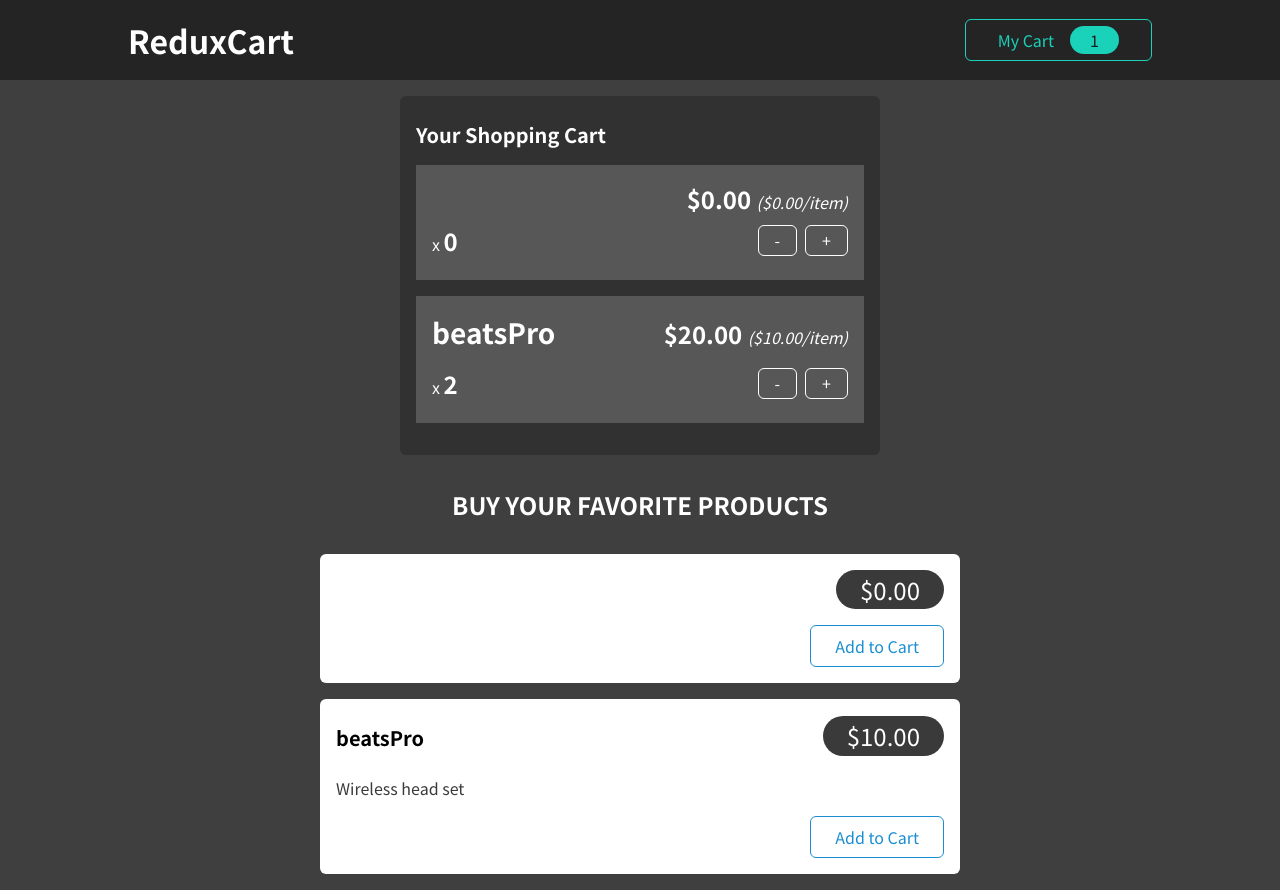
Repository: NamalPathirana/Redux-two-async
Page: /
An editor plug-in stored every save of this project. The page is shown before and after the next save, followed by the edit.
The browser window is 1280 px wide. The pictures show the whole page.
The project was rebuilt for these pictures with package versions that can differ from the ones it lists, and the page was loaded fresh each time.

Above is the page before, as saved 2022-04-13 15:12:26.

### src/index.js
import ReactDOM from 'react-dom/client';

import './index.css';
import App from './App';
import { Provider } from 'react-redux';
import store from './store/store';



const root = ReactDOM.createRoot(document.getElementById('root'));
root.render(<Provider store={store}><App /></Provider>);

### src/store/store.js
import { configureStore } from "@reduxjs/toolkit";
import cartSlice from "./cart"

const store = configureStore({
    reducer:{
        cart:cartSlice,
    },
});


export default store;

### src/components/Cart/Cart.js
import Card from "../UI/Card";
import classes from "./Cart.module.css";
import CartItem from "./CartItem";
import { useSelector } from "react-redux";

const Cart = (props) => {
  const cartItems = useSelector((state) => {
    return state.cart.items;
  });
  const totalQuantity = {};

  return (
    <Card className={classes.cart}>
      <h2>Your Shopping Cart</h2>
      <ul>
        {cartItems.map((item) => {
          return (
            <CartItem
              item={{ title: item.name, quantity: item.quantity, total: item.totalPrice, price: item.price}}
            />
          );
        })}
      </ul>
    </Card>
  );
};

export default Cart;

### src/store/cart.js
import { createSlice } from "@reduxjs/toolkit";

// itemsTemplate = {items: [
//     {
//       id: 0,
//       name: "",
//       description: "",
//       quantity: 0,
//       price: 0,
//       totalPrice: 0,
//     },
//   ],}

const initialCartState = {
  items: [
    {
      id: 0,
      name: "",
      description: "",
      quantity: 0,
      price: 0,
      totalPrice: 0,
    },
  ],
  totalAmount: 0.0,
};

const cartSlice = createSlice({
  name: "cart",
  initialState: initialCartState,
  reducers: {
    addItemToCart(state, actions) {
      if (actions.payload.item === null) return;

      const userEnteredItem = actions.payload.item;

      const existingItem = state.items.find(
        (item) => item.id === userEnteredItem.id
      );

      if (existingItem) {
        const itemQuantity = existingItem.reduce(
          (previousValue, currentItem) => {
            return previousValue + currentItem.quantity;
          },
          0
        );

        const newItem = { ...existingItem, quantity: itemQuantity };
        const newItemsList = {
          ...state.items.filter((obj) => obj.id !== newItem.id),
          existingItem,
        };

        state.items = newItemsList;
      } else {
        state.items.push({
          id: userEnteredItem.id,
          name: userEnteredItem.name,
          description: userEnteredItem.description,
          quantity: userEnteredItem.quantity,
          price: userEnteredItem.price,
          totalPrice: userEnteredItem.price * userEnteredItem.quantity,
        });
      }

      state.totalAmount = state.items.reduce((previousValue, currentItem) => {
        return previousValue + currentItem.totalPrice;
      }, 0);
    },
  },
});

export const cartActions = cartSlice.actions;

export default cartSlice.reducer;

### src/components/Cart/CartItem.js
import classes from './CartItem.module.css';

const CartItem = (props) => {
  const { title, quantity, total, price } = props.item;

  return (
    <li className={classes.item}>
      <header>
        <h3>{title}</h3>
        <div className={classes.price}>
          ${total.toFixed(2)}{' '}
          <span className={classes.itemprice}>(${price.toFixed(2)}/item)</span>
        </div>
      </header>
      <div className={classes.details}>
        <div className={classes.quantity}>
          x <span>{quantity}</span>
        </div>
        <div className={classes.actions}>
          <button>-</button>
          <button>+</button>
        </div>
      </div>
    </li>
  );
};

export default CartItem;

### src/components/Shop/ProductItem.js
import Card from "../UI/Card";
import classes from "./ProductItem.module.css";
import { cartActions } from "../../store/cart";
import { useDispatch, useSelector } from "react-redux";
import { useEffect } from "react";

const ProductItem = (props) => {
  // const { title, price, description } = props;

  const dispatch = useDispatch();

  useEffect(() => {
    dispatch(cartActions.addItemToCart({
      item: {
        id: 1,
        name: "beatsPro",
        description: "Wireless head set",
        quantity: 2,
        price: 10,
      },
    }));
  }, [dispatch]);

  const cartItems = useSelector((state) => state.cart.items);

  return (
    <li className={classes.item}>
      {cartItems.map((item) => {
        return (
          <Card>
            <header>
              <h3>{item.name}</h3>
              <div className={classes.price}>${item.price.toFixed(2)}</div>
            </header>
            <p>{item.description}</p>
            <div className={classes.actions}>
              <button>Add to Cart</button>
            </div>
          </Card>
        );
      })}
    </li>
  );
};

export default ProductItem;

### src/components/Cart/CartItem.module.css
.item {
  margin: 1rem 0;
  background-color: #575757;
  padding: 1rem;
}

.item h3 {
  margin: 0 0 0.5rem 0;
  font-size: 1.75rem;
}

.item header {
  display: flex;
  justify-content: space-between;
  align-items: baseline;
}

.details {
  display: flex;
  justify-content: space-between;
  align-items: center;
}

.quantity span {
  font-size: 1.5rem;
  font-weight: bold;
}

.price {
  font-size: 1.5rem;
  font-weight: bold;
}

.itemprice {
  font-weight: normal;
  font-size: 1rem;
  font-style: italic;
}

.actions {
  display: flex;
  justify-content: flex-end;
  margin: 0.5rem 0;
}

.actions button {
  background-color: transparent;
  border: 1px solid white;
  margin-left: 0.5rem;
  padding: 0.15rem 1rem;
  color: white;
}

.actions button:hover,
.actions button:active {
  background-color: #4b4b4b;
  color: white;
}

Loaded but not shown: public/index.html (common file); src/index.css (common file); src/App.js (common file); src/components/Layout/Layout.js (common file); src/components/Shop/Products.js (common file); src/components/UI/Card.js (common file); src/components/Cart/Cart.module.css (common file); src/components/Layout/MainHeader.js (common file); src/components/Shop/Products.module.css (common file); src/components/UI/Card.module.css (common file); src/components/Cart/CartButton.js (common file); src/components/Layout/MainHeader.module.css (common file); src/components/Shop/ProductItem.module.css (common file); src/components/Cart/CartButton.module.css (common file)

After the next save:
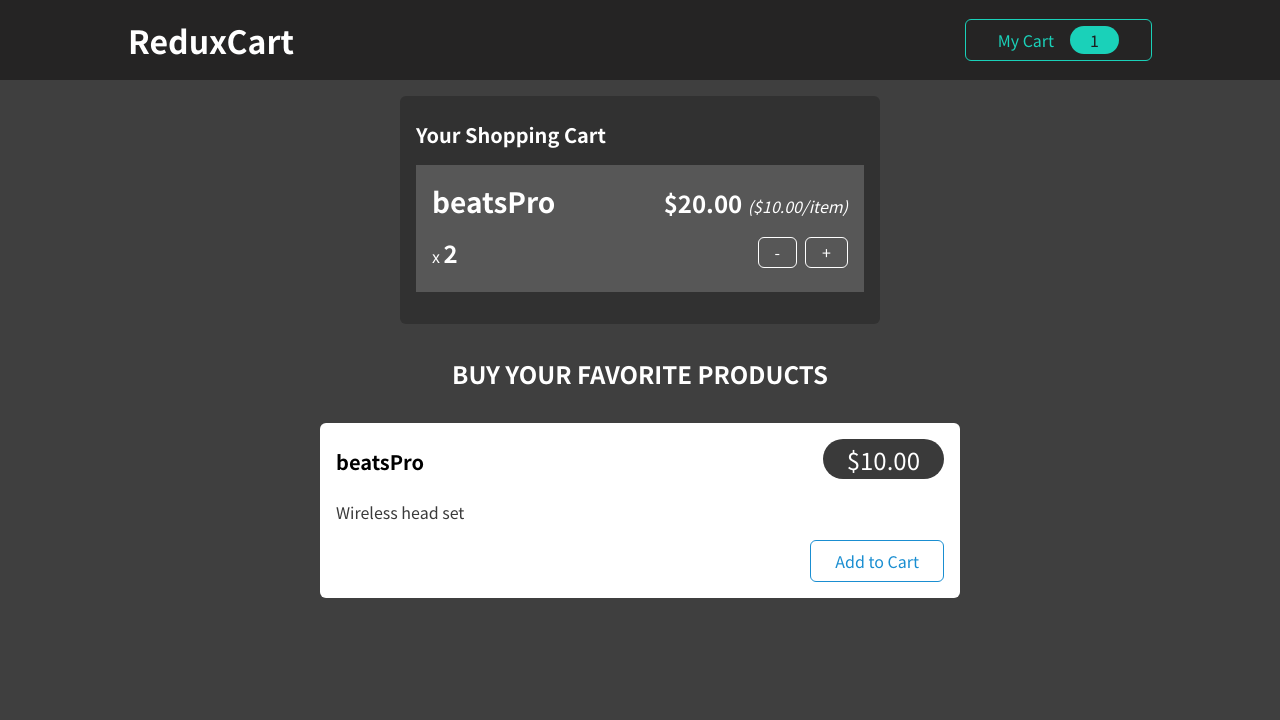
Saved 15 s later.
--- a/src/store/cart.js
+++ b/src/store/cart.js
@@ -13,14 +13,6 @@
 
 const initialCartState = {
   items: [
-    {
-      id: 0,
-      name: "",
-      description: "",
-      quantity: 0,
-      price: 0,
-      totalPrice: 0,
-    },
   ],
   totalAmount: 0.0,
 };
